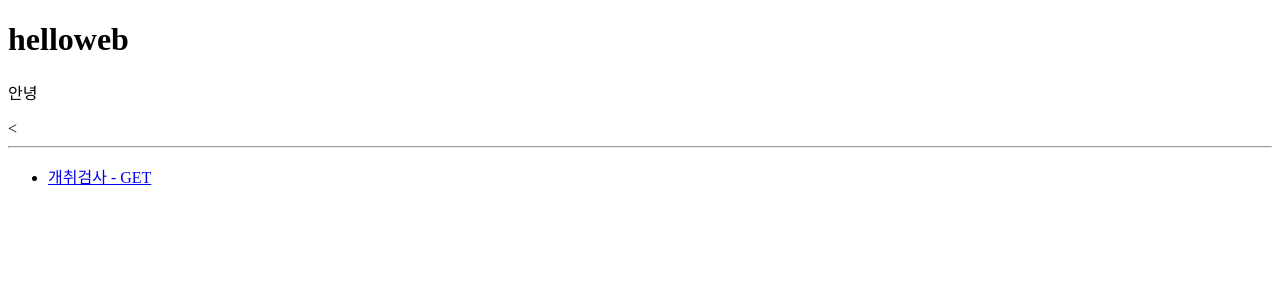
Repository: jsungl/WEBSERVER-WORKSPACE
Page: 01_helloweb/WebContent/index.html
These files come from the project's save history. The page is drawn as it stood at one moment and after the next save; the edit follows.
The browser window is 1280 px wide. The pictures show the whole page.

Above is the page before, as saved 2021-03-22 09:08:02.

After the next save:
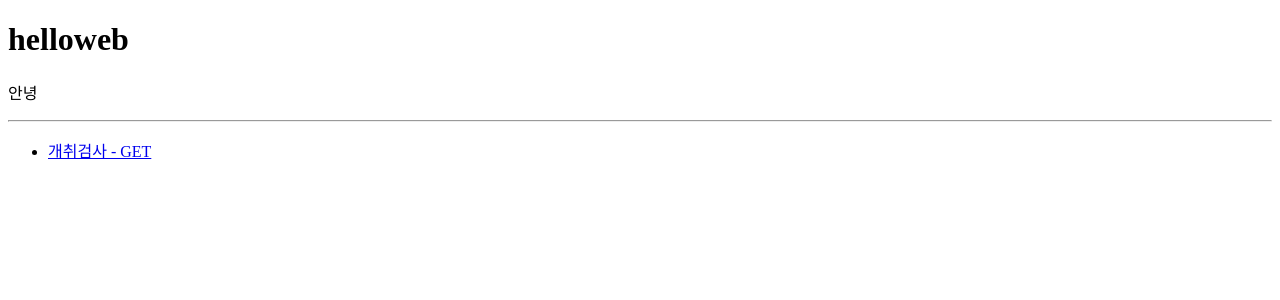
Saved 53 s later.
--- a/01_helloweb/WebContent/index.html
+++ b/01_helloweb/WebContent/index.html
@@ -8,7 +8,7 @@
 	<h1>helloweb</h1>
 	<p>안녕</p>
 	<!--  Emmet은 tab으로 해야한다 -->
-	<<hr />
+	<hr />
 	<ul>
 		<li><a href="/web/servlet/testPerson1.html">개취검사 - GET</a></li>
 	</ul>
